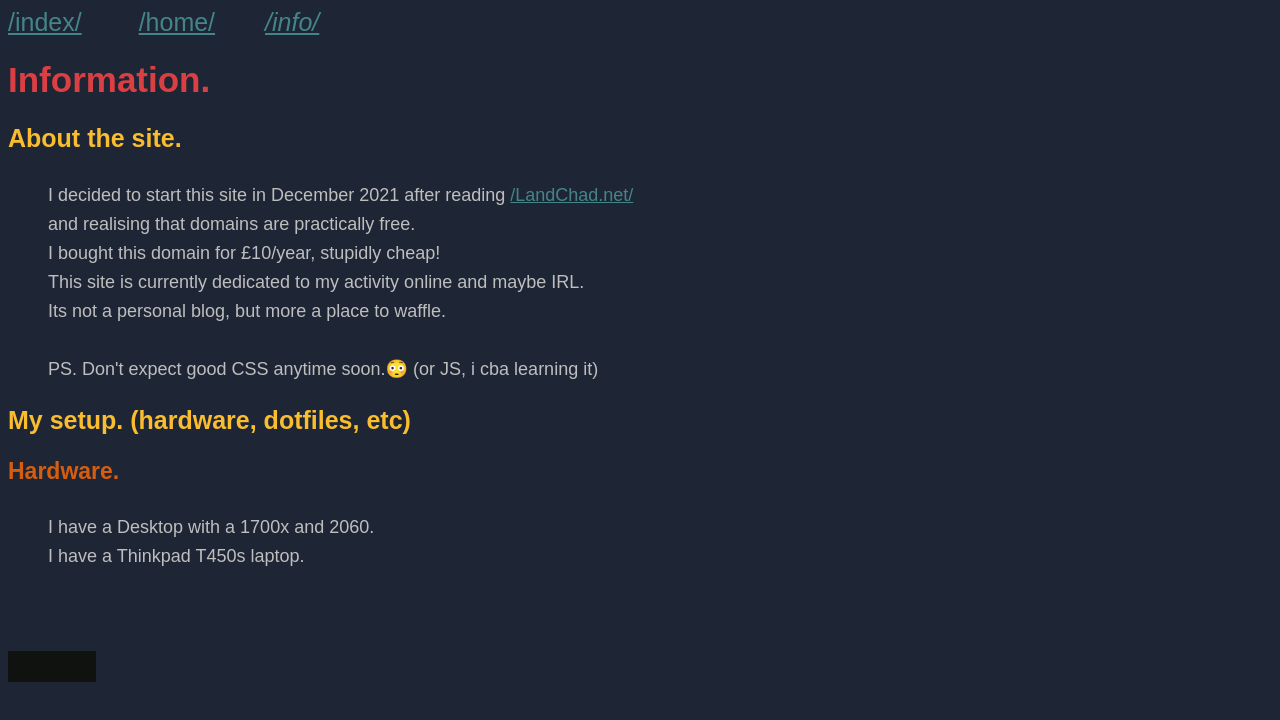
Repository: KieranCrossland/kierancrosslandxyz
Page: info.html
These files come from the project's save history. The page is drawn as it stood at one moment and after the next save; the edit follows.
The browser window is 1280 px wide. The pictures show the whole page.

Above is the page before, as saved 2022-06-19 01:53:05.

After the next save:
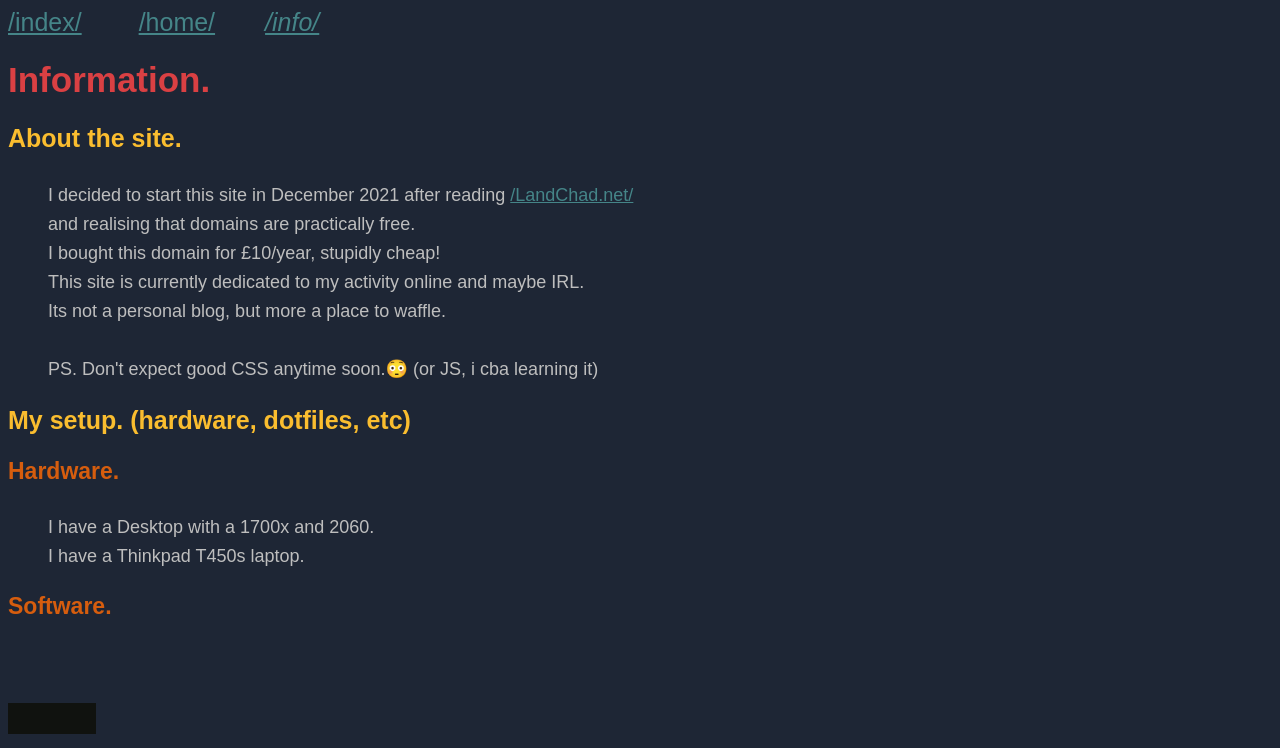
Saved 15 s later.
--- a/info.html
+++ b/info.html
@@ -83,6 +83,8 @@ h3 {
 <h3>Hardware.</h3>
 
 <ul><p1>I have a Desktop with a 1700x and 2060.<br>I have a Thinkpad T450s laptop.</p1></ul>
+
+<h3>Software.</h3>
 <ul><p1></p1></ul>
 
 <br><br><a href="https://landchad.net" target="_blank">
